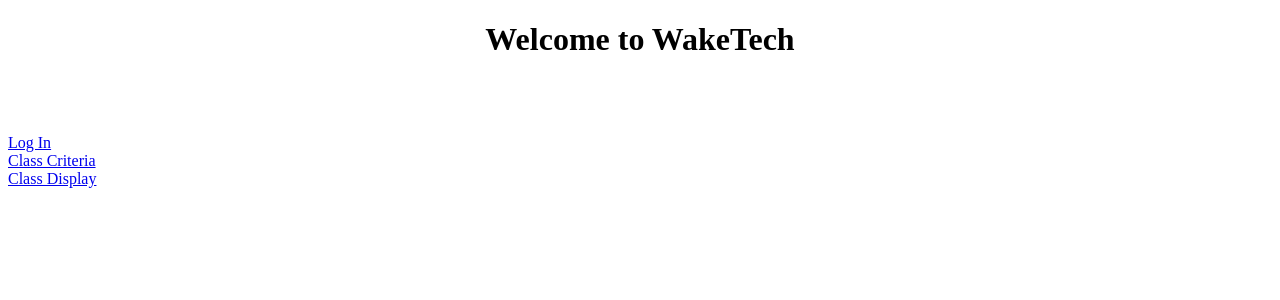
Repository: weshayutin/java258Online
Page: http://localhost/Week5Assignment/menu.jsp
An editor plug-in stored every save of this project. The page is shown before and after the next save, followed by the edit.
The browser window is 1280 px wide. The pictures show the whole page.
The page is served by Tomcat 9. Other server files are loaded and not shown.

Above is the page before, as saved 2011-02-09 03:44:10.

### workspace/Week5Assignment/WebContent/menu.jsp
<%@ page language="java" contentType="text/html; charset=UTF-8"
    pageEncoding="UTF-8"%>
<!DOCTYPE html PUBLIC "-//W3C//DTD HTML 4.01 Transitional//EN" "http://www.w3.org/TR/html4/loose.dtd">
<html>
<head>
<meta http-equiv="Content-Type" content="text/html; charset=UTF-8">
<title>Welcome To Wake Tech</title>
</head>
<body>
<h1 align="center"> Welcome to WakeTech</h1>
<br><br><br>
<a href="login.jsp">Log In</a>
<br>
<a href="classcriteria.do">Class Criteria</a>
<br>
<a href="classdisplay.do">Class Display</a>


</body>
</html>

After the next save:
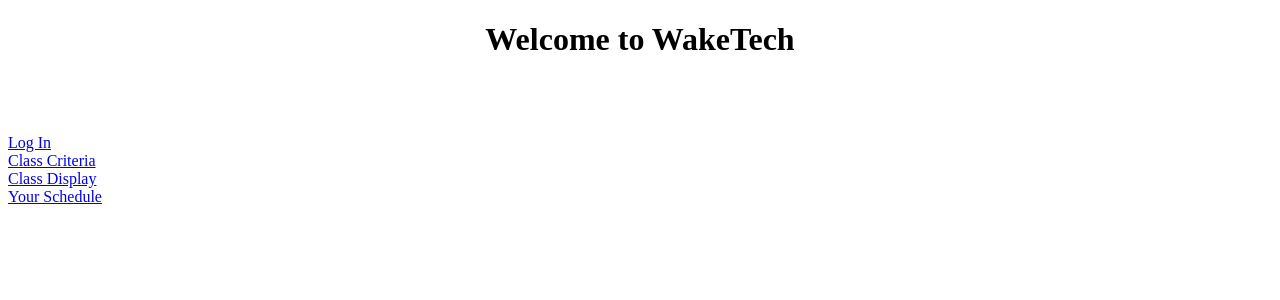
Saved 51 s later.
--- a/workspace/Week5Assignment/WebContent/menu.jsp
+++ b/workspace/Week5Assignment/WebContent/menu.jsp
@@ -14,6 +14,8 @@
 <a href="classcriteria.do">Class Criteria</a>
 <br>
 <a href="classdisplay.do">Class Display</a>
+<br>
+<a href="schedule.do">Your Schedule</a>
 
 
 </body>
